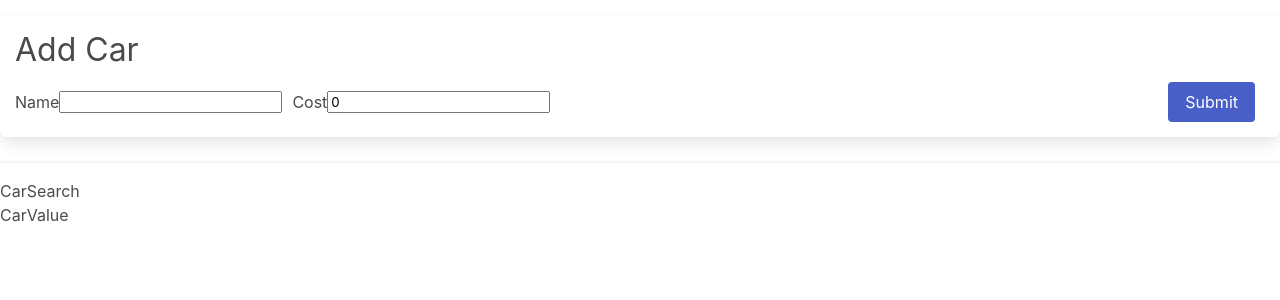
Repository: Mikerr21/Redux-Toolkit-Managing-Multiple-Slices
Page: /
These files come from the project's save history. The page is drawn as it stood at one moment and after the next save; the edit follows.
The browser window is 1280 px wide. The pictures show the whole page.
The project was rebuilt for these pictures with package versions that can differ from the ones it lists, and the page was loaded fresh each time.

Above is the page before, as saved 2023-10-06 18:33:29.

### src/index.js
import 'bulma/css/bulma.css';
import './styles.css'
import React from 'react';
import {createRoot} from 'react-dom/client'
import {Provider} from 'react-redux';
import {store} from './store/index';
import App from './App'

const el=document.getElementById('root')
const root = createRoot(el);

root.render(
<Provider store={store}>
  <App />
</Provider>
)

### src/store/index.js
import { configureStore } from "@reduxjs/toolkit";
import { carReducer, addCar,removeCar,changeSearchTerm } from "./slices/carSlice";
import { formReducer, changeCost, changeName  } from "./slices/formSlice";
import { configure } from "@testing-library/react";

const store=configureStore({
    reducer:{
        cars:carReducer,
        form:formReducer
    }
});

export  {store, addCar, removeCar, changeSearchTerm, changeCost,changeName};

### src/App.js
import CarForm from './components/carForm'
import CarList from './components/carList'
import CarSearch from './components/carSearch'
import CarValue from './components/carValue'



function App() {
  return (
    <div>
      <CarForm/>
      <CarList/>
      <CarSearch/>
      <CarValue/>
    </div>
  )
}

export default App

### src/store/slices/carSlice.js
import { createSlice,nanoid } from "@reduxjs/toolkit";

const carSlice=createSlice({
    name:'cars',
    initialState:{
        searchTerm:'',
        cars:[]
    },
    reducers:{
        changeSearchTerm(state,action){
            state.searchTerm=action.payload;
        },
        addCar(state,action){
            state.cars.push({
                name:action.payload.name,
                cost:action.payload.cost,
                id:nanoid()
            })

        },
        removeCar(state,action){
            const updated=state.cars.filter((car)=>{return car.id !== action.payload})
            state.cars=updated;
        }

    }
})

export const {changeSearchTerm, addCar, removeCar }=carSlice.actions;
export const carReducer=carSlice.reducer;

### src/store/slices/formSlice.js
import { createSlice } from "@reduxjs/toolkit";

const formSlice=createSlice({
    name:'form',
    initialState:{
        name:'',
        cost:0,
    },
    reducers:{
        changeName(state,action){
            state.name=action.payload;
        },
        changeCost(state,action){
            state.cost=action.payload;
        }
    }
})

export const {changeName,changeCost }=formSlice.actions;
export const formReducer=formSlice.reducer;

### src/components/carForm.js
import { useDispatch,useSelector } from "react-redux" // useSelector to get access to state
import { changeName,changeCost,addCar } from "../store"

function CarForm() {
    const dispatch=useDispatch();

    const {name,cost}=useSelector((state)=>{
        return {
            name:state.form.name,
            cost:state.form.cost
        }
    })

    const handleNameChange=(event)=>{
        dispatch(changeName(event.target.value));
    }

    const handleCostChange=(event)=>{
        const carCost= parseInt(event.target.value) || 0;
        dispatch(changeCost(carCost));
    }

    const handleSubmit=(event)=>{
        event.preventDefault();
        dispatch(addCar({name,cost}))
    }

  return (
    <div className="car-form panel">
        <h4 className="subtitle is-3">Add Car</h4>
        <form onSubmit={handleSubmit}>
            <div className="field-group">
                <div className="field">
                  <label>Name</label>
                  <input  value={name} onChange={handleNameChange} />
                </div>
                <div className="field">
                  <label>Cost</label>
                  <input  value={cost || 0} onChange={handleCostChange} type="number" />
                </div>
            </div>
            <div className="field">
                <button className="button is-link">Submit</button>
            </div>
        </form>

    </div>
  )
}

export default CarForm

### src/components/carList.js
import { useSelector,useDispatch } from "react-redux"
import { removeCar } from "../store";

function CarList() {

    const dispatch=useDispatch();

    const cars=useSelector((state)=>{
        return state.cars.cars;
    })

    const handleCarDelete=(car)=>{
        dispatch(removeCar(car.id));
    }

    const renderedCars=cars.map((car)=>{
        return(
            <div key={car.id} className="panel">
                <p>
                    {car.name} - ${car.cost}
                </p>
                <button
                className="button is-danger"
                onClick={()=>handleCarDelete(car)}
                >
                 Delete
                </button>

            </div>
        )
    })

    console.log(cars);
  return <div className="car-list">
    {renderedCars}
    <hr />
  </div>

}

export default CarList

### src/components/carSearch.js
import React from 'react'

function CarSearch() {
  return (
    <div>
      CarSearch
    </div>
  )
}

export default CarSearch

### src/components/carValue.js
import React from 'react'

function CarValue() {
  return (
    <div>
      CarValue
    </div>
  )
}

export default CarValue

Loaded but not shown: public/index.html (common file); src/styles.css (common file)

After the next save:
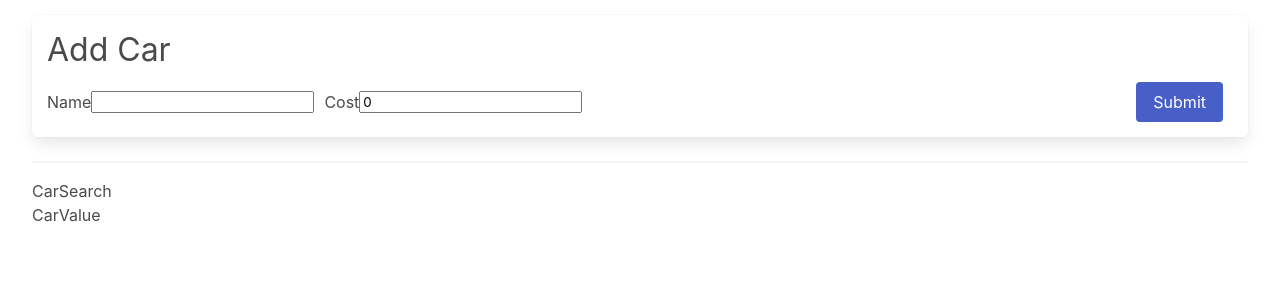
Saved 14 s later.
--- a/src/App.js
+++ b/src/App.js
@@ -7,7 +7,7 @@ import CarValue from './components/carValue'
 
 function App() {
   return (
-    <div>
+    <div className='container is-fluid'>
       <CarForm/>
       <CarList/>
       <CarSearch/>
